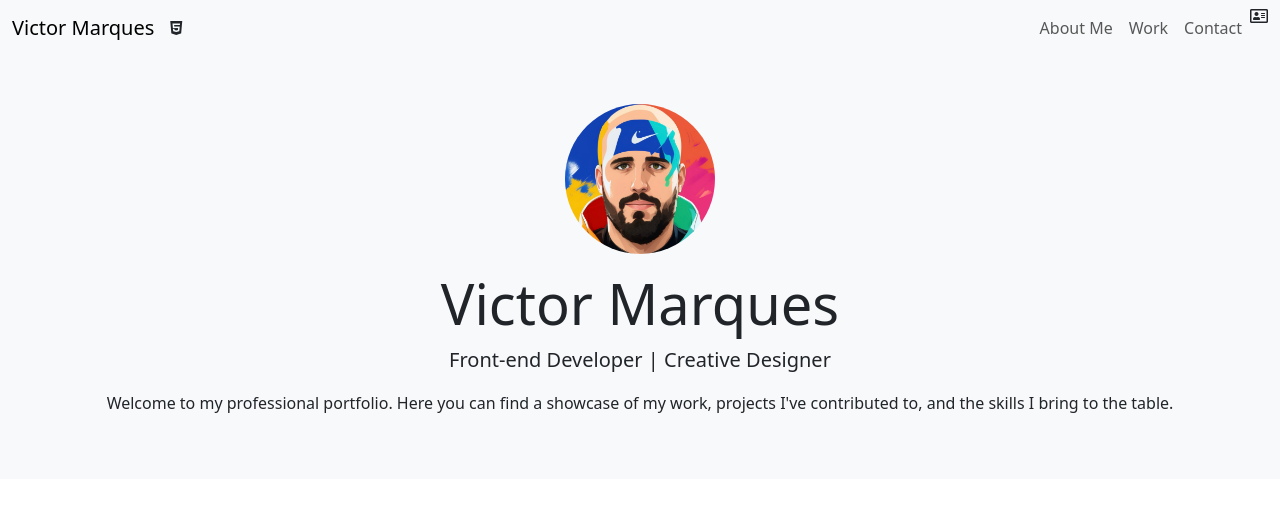
Repository: uvee35/Bootstrap-Portfolio
Page: index.html
An editor plug-in stored every save of this project. The page is shown before and after the next save, followed by the edit.
The browser window is 1280 px wide. The pictures show the whole page.

Above is the page before, as saved 2023-12-16 23:49:39.
Not found: css/images/matrix-background.png

### index.html
<!DOCTYPE html>
<html lang="en">
  <head>
    <meta charset="utf-8" />
    <meta name="viewport" content="width=device-width, initial-scale=1" />
    <title>Bootstrap demo</title>
    <link
      href="https://cdn.jsdelivr.net/npm/bootstrap@5.3.2/dist/css/bootstrap.min.css"
      rel="stylesheet"
      integrity="sha384-T3c6CoIi6uLrA9TneNEoa7RxnatzjcDSCmG1MXxSR1GAsXEV/Dwwykc2MPK8M2HN"
      crossorigin="anonymous"
    />
    <link rel="stylesheet" href="./css/style.css">
    <link rel="stylesheet" href="https://cdnjs.cloudflare.com/ajax/libs/font-awesome/5.15.4/css/all.min.css">

  </head>
  <body>
   <!-- Navbar -->
<nav class="navbar navbar-expand-lg navbar-light bg-light">
  <div class="container-fluid">
    <!-- Brand/logo -->
    <a class="navbar-brand" href="#home">Victor Marques</a>
    <i class="fab fa-html5"></i>

    <!-- Toggle button for small screens -->
    <button class="navbar-toggler" type="button" data-bs-toggle="collapse" data-bs-target="#navbarNavAltMarkup" aria-controls="navbarNavAltMarkup" aria-expanded="false" aria-label="Toggle navigation">
      <span class="navbar-toggler-icon"></span>
    </button>

    <!-- Navbar links -->
    <div class="collapse navbar-collapse justify-content-end" id="navbarNavAltMarkup">
      <div class="navbar-nav">

        <a class="nav-link" href="#about-me">About Me</a>
        <a class="nav-link" href="#work">Work</a>
        <a class="nav-link" href="#contact">Contact</a> <i class="far fa-address-card"></i>
      </div>
    </div>
  </div>
</nav>

<!-- Hero Section -->
<section class="hero-section bg-light text-center py-5">
  <div class="container">
    <img src="./css/images/victor.JPG" alt="Your Name" class="rounded-circle mb-3" style="width: 150px; height: 150px;">
    <h1 class="display-4">Victor Marques</h1>
    <p class="lead">Front-end Developer | Creative Designer</p>
    <p>Welcome to my professional portfolio. Here you can find a showcase of my work, projects I've contributed to, and the skills I bring to the table.</p>
  </div>
</section>



   </div>


    <script
      src="https://cdn.jsdelivr.net/npm/bootstrap@5.3.2/dist/js/bootstrap.bundle.min.js"
      integrity="sha384-C6RzsynM9kWDrMNeT87bh95OGNyZPhcTNXj1NW7RuBCsyN/o0jlpcV8Qyq46cDfL"
      crossorigin="anonymous"
    ></script>
  </body>
</html>

### css/style.css
.hero-section {
    background-image: url('images/matrix-background.png');
    background-size: cover;
    background-position: center;
  }

After the next save:
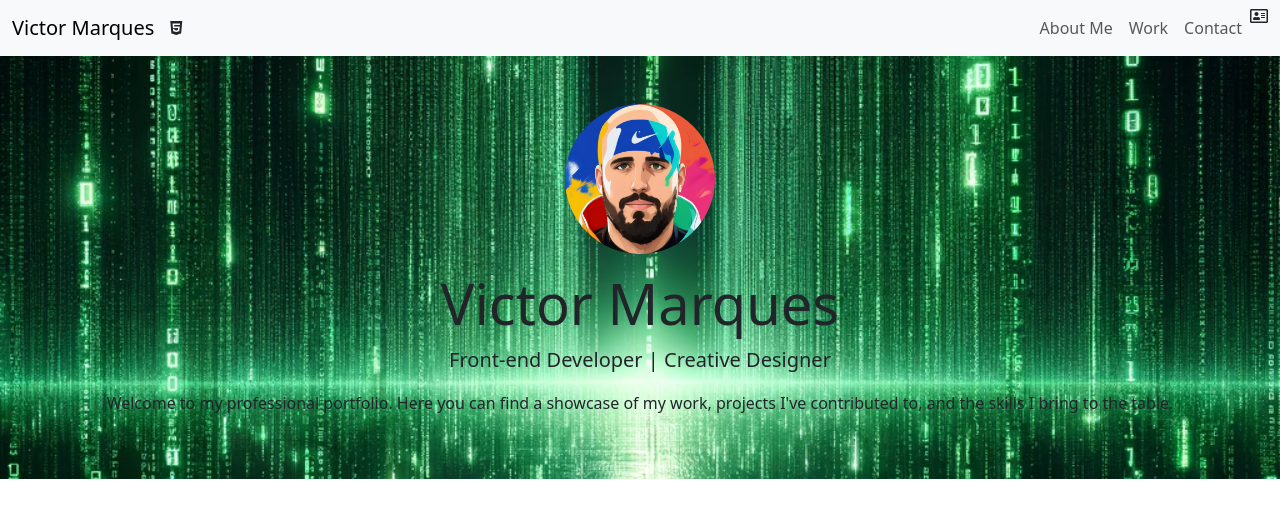
Saved 19 s later.
--- a/css/style.css
+++ b/css/style.css
@@ -1,5 +1,5 @@
 .hero-section {
-    background-image: url('images/matrix-background.png');
+    background-image: url('./images/background.webp');
     background-size: cover;
     background-position: center;
   }
